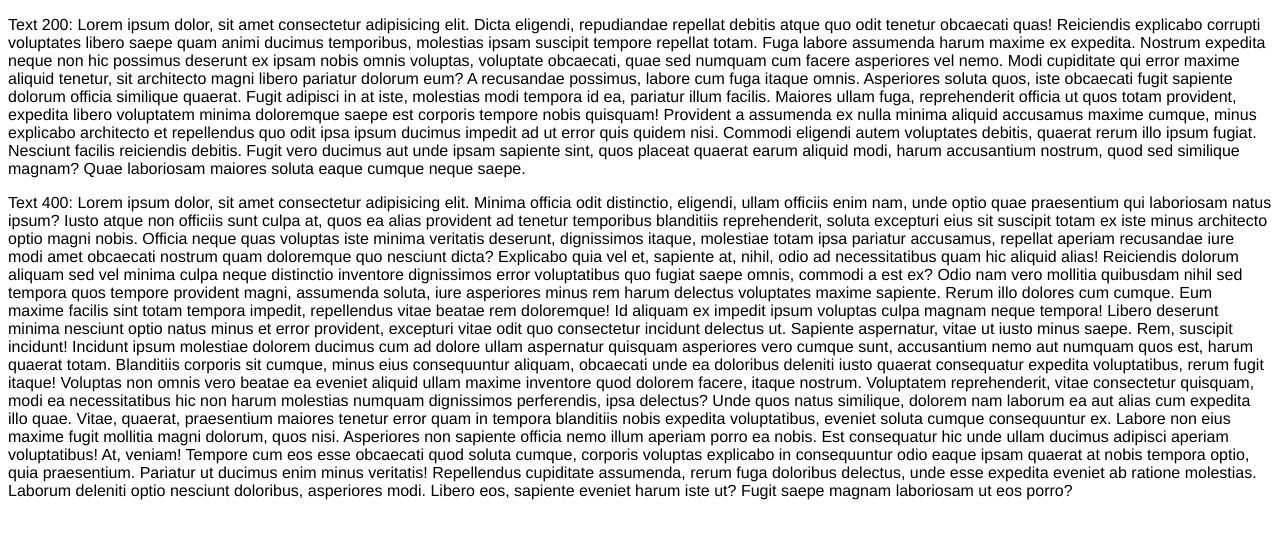
Repository: j4tdn/java18-repository
Page: 2. CSS3/ex04-css-float.html
An editor plug-in stored every save of this project. The page is shown before and after the next save, followed by the edit.
The browser window is 1280 px wide. The pictures show the whole page.

Above is the page before, as saved 2023-10-21 18:49:11.

### 2. CSS3/ex04-css-float.html
<!DOCTYPE html>
<html lang="en">
  <head>
    <meta charset="UTF-8" />
    <meta name="viewport" content="width=device-width, initial-scale=1.0" />
    <title>Ex04 - Css Float</title>
    <link rel="stylesheet" href="css/style-base.css" />
    <link rel="stylesheet" href="css/utils.css" />
  </head>
  <body>
    <div class="block-md200"></div>
    <p>
      Text 200: Lorem ipsum dolor, sit amet consectetur adipisicing elit. Dicta
      eligendi, repudiandae repellat debitis atque quo odit tenetur obcaecati
      quas! Reiciendis explicabo corrupti voluptates libero saepe quam animi
      ducimus temporibus, molestias ipsam suscipit tempore repellat totam. Fuga
      labore assumenda harum maxime ex expedita. Nostrum expedita neque non hic
      possimus deserunt ex ipsam nobis omnis voluptas, voluptate obcaecati, quae
      sed numquam cum facere asperiores vel nemo. Modi cupiditate qui error
      maxime aliquid tenetur, sit architecto magni libero pariatur dolorum eum?
      A recusandae possimus, labore cum fuga itaque omnis. Asperiores soluta
      quos, iste obcaecati fugit sapiente dolorum officia similique quaerat.
      Fugit adipisci in at iste, molestias modi tempora id ea, pariatur illum
      facilis. Maiores ullam fuga, reprehenderit officia ut quos totam
      provident, expedita libero voluptatem minima doloremque saepe est corporis
      tempore nobis quisquam! Provident a assumenda ex nulla minima aliquid
      accusamus maxime cumque, minus explicabo architecto et repellendus quo
      odit ipsa ipsum ducimus impedit ad ut error quis quidem nisi. Commodi
      eligendi autem voluptates debitis, quaerat rerum illo ipsum fugiat.
      Nesciunt facilis reiciendis debitis. Fugit vero ducimus aut unde ipsam
      sapiente sint, quos placeat quaerat earum aliquid modi, harum accusantium
      nostrum, quod sed similique magnam? Quae laboriosam maiores soluta eaque
      cumque neque saepe.
    </p>
    <p>
      Text 400: Lorem ipsum dolor, sit amet consectetur adipisicing elit. Minima
      officia odit distinctio, eligendi, ullam officiis enim nam, unde optio
      quae praesentium qui laboriosam natus ipsum? Iusto atque non officiis sunt
      culpa at, quos ea alias provident ad tenetur temporibus blanditiis
      reprehenderit, soluta excepturi eius sit suscipit totam ex iste minus
      architecto optio magni nobis. Officia neque quas voluptas iste minima
      veritatis deserunt, dignissimos itaque, molestiae totam ipsa pariatur
      accusamus, repellat aperiam recusandae iure modi amet obcaecati nostrum
      quam doloremque quo nesciunt dicta? Explicabo quia vel et, sapiente at,
      nihil, odio ad necessitatibus quam hic aliquid alias! Reiciendis dolorum
      aliquam sed vel minima culpa neque distinctio inventore dignissimos error
      voluptatibus quo fugiat saepe omnis, commodi a est ex? Odio nam vero
      mollitia quibusdam nihil sed tempora quos tempore provident magni,
      assumenda soluta, iure asperiores minus rem harum delectus voluptates
      maxime sapiente. Rerum illo dolores cum cumque. Eum maxime facilis sint
      totam tempora impedit, repellendus vitae beatae rem doloremque! Id aliquam
      ex impedit ipsum voluptas culpa magnam neque tempora! Libero deserunt
      minima nesciunt optio natus minus et error provident, excepturi vitae odit
      quo consectetur incidunt delectus ut. Sapiente aspernatur, vitae ut iusto
      minus saepe. Rem, suscipit incidunt! Incidunt ipsum molestiae dolorem
      ducimus cum ad dolore ullam aspernatur quisquam asperiores vero cumque
      sunt, accusantium nemo aut numquam quos est, harum quaerat totam.
      Blanditiis corporis sit cumque, minus eius consequuntur aliquam, obcaecati
      unde ea doloribus deleniti iusto quaerat consequatur expedita
      voluptatibus, rerum fugit itaque! Voluptas non omnis vero beatae ea
      eveniet aliquid ullam maxime inventore quod dolorem facere, itaque
      nostrum. Voluptatem reprehenderit, vitae consectetur quisquam, modi ea
      necessitatibus hic non harum molestias numquam dignissimos perferendis,
      ipsa delectus? Unde quos natus similique, dolorem nam laborum ea aut alias
      cum expedita illo quae. Vitae, quaerat, praesentium maiores tenetur error
      quam in tempora blanditiis nobis expedita voluptatibus, eveniet soluta
      cumque consequuntur ex. Labore non eius maxime fugit mollitia magni
      dolorum, quos nisi. Asperiores non sapiente officia nemo illum aperiam
      porro ea nobis. Est consequatur hic unde ullam ducimus adipisci aperiam
      voluptatibus! At, veniam! Tempore cum eos esse obcaecati quod soluta
      cumque, corporis voluptas explicabo in consequuntur odio eaque ipsam
      quaerat at nobis tempora optio, quia praesentium. Pariatur ut ducimus enim
      minus veritatis! Repellendus cupiditate assumenda, rerum fuga doloribus
      delectus, unde esse expedita eveniet ab ratione molestias. Laborum
      deleniti optio nesciunt doloribus, asperiores modi. Libero eos, sapiente
      eveniet harum iste ut? Fugit saepe magnam laboriosam ut eos porro?
    </p>
  </body>
</html>

### 2. CSS3/css/style-base.css
/*  */
* {
  font-family: corbel, helvetica, sans-serif;
}
li {
  /* list-style-type: none; */
  list-style-image: url("../images/world.png");
}
/* EX02: CSS SELECTOR CLASS ID */
/* Chỉ có thẻ p với class là text20 mới ăn */
/* p[class="text20"] {
  color: blue;
} */
/* p.text20 {
  color: blue;
} */
/* Tất cả tag với class là text20 */
/* .text20 {
  color: blue;
} */

#page-footer {
  position: absolute;
  bottom: 0;
  left: 0;
  width: 100%;
  height: 40px;
  background-color: pink;
}

/* EX03: BASE CONTENT BASIC DEMO */
.parent-text10lh {
  height: 60px;
  background-color: blue;
}
.text10lh {
  line-height: 60px;
  color: #fcccba;
}

### 2. CSS3/css/utils.css
.text-green {
  color: green;
}
.text-blue {
  color: blue;
}
.text-orange {
  color: orange;
}
.text-bold {
  font-weight: bold;
}
.text-underline {
  text-decoration: underline;
}
.text-line-through {
  text-decoration: line-through;
}
.text-overline {
  text-decoration: overline;
}
.text-decor-none {
  text-decoration: none;
}
.text-align-left {
  text-align: left;
}
.text-align-center {
  text-align: center;
}
.text-align-right {
  text-align: right;
}

After the next save:
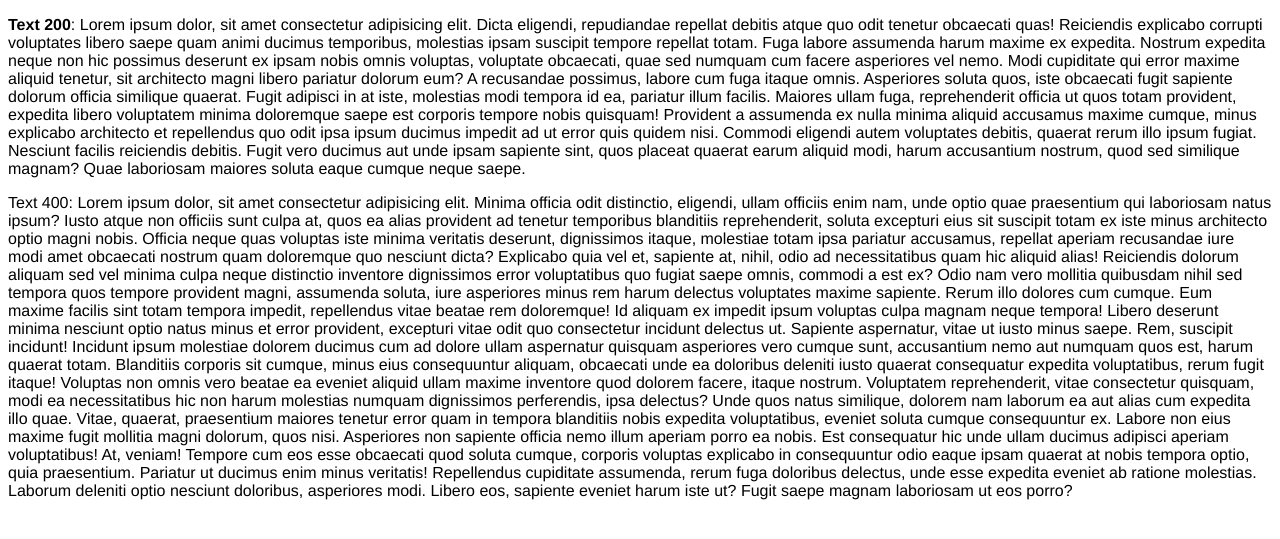
Saved 16 s later.
--- a/2. CSS3/ex04-css-float.html
+++ b/2. CSS3/ex04-css-float.html
@@ -10,27 +10,27 @@
   <body>
     <div class="block-md200"></div>
     <p>
-      Text 200: Lorem ipsum dolor, sit amet consectetur adipisicing elit. Dicta
-      eligendi, repudiandae repellat debitis atque quo odit tenetur obcaecati
-      quas! Reiciendis explicabo corrupti voluptates libero saepe quam animi
-      ducimus temporibus, molestias ipsam suscipit tempore repellat totam. Fuga
-      labore assumenda harum maxime ex expedita. Nostrum expedita neque non hic
-      possimus deserunt ex ipsam nobis omnis voluptas, voluptate obcaecati, quae
-      sed numquam cum facere asperiores vel nemo. Modi cupiditate qui error
-      maxime aliquid tenetur, sit architecto magni libero pariatur dolorum eum?
-      A recusandae possimus, labore cum fuga itaque omnis. Asperiores soluta
-      quos, iste obcaecati fugit sapiente dolorum officia similique quaerat.
-      Fugit adipisci in at iste, molestias modi tempora id ea, pariatur illum
-      facilis. Maiores ullam fuga, reprehenderit officia ut quos totam
-      provident, expedita libero voluptatem minima doloremque saepe est corporis
-      tempore nobis quisquam! Provident a assumenda ex nulla minima aliquid
-      accusamus maxime cumque, minus explicabo architecto et repellendus quo
-      odit ipsa ipsum ducimus impedit ad ut error quis quidem nisi. Commodi
-      eligendi autem voluptates debitis, quaerat rerum illo ipsum fugiat.
-      Nesciunt facilis reiciendis debitis. Fugit vero ducimus aut unde ipsam
-      sapiente sint, quos placeat quaerat earum aliquid modi, harum accusantium
-      nostrum, quod sed similique magnam? Quae laboriosam maiores soluta eaque
-      cumque neque saepe.
+      <span class="text-bold">Text 200</span>: Lorem ipsum dolor, sit amet
+      consectetur adipisicing elit. Dicta eligendi, repudiandae repellat debitis
+      atque quo odit tenetur obcaecati quas! Reiciendis explicabo corrupti
+      voluptates libero saepe quam animi ducimus temporibus, molestias ipsam
+      suscipit tempore repellat totam. Fuga labore assumenda harum maxime ex
+      expedita. Nostrum expedita neque non hic possimus deserunt ex ipsam nobis
+      omnis voluptas, voluptate obcaecati, quae sed numquam cum facere
+      asperiores vel nemo. Modi cupiditate qui error maxime aliquid tenetur, sit
+      architecto magni libero pariatur dolorum eum? A recusandae possimus,
+      labore cum fuga itaque omnis. Asperiores soluta quos, iste obcaecati fugit
+      sapiente dolorum officia similique quaerat. Fugit adipisci in at iste,
+      molestias modi tempora id ea, pariatur illum facilis. Maiores ullam fuga,
+      reprehenderit officia ut quos totam provident, expedita libero voluptatem
+      minima doloremque saepe est corporis tempore nobis quisquam! Provident a
+      assumenda ex nulla minima aliquid accusamus maxime cumque, minus explicabo
+      architecto et repellendus quo odit ipsa ipsum ducimus impedit ad ut error
+      quis quidem nisi. Commodi eligendi autem voluptates debitis, quaerat rerum
+      illo ipsum fugiat. Nesciunt facilis reiciendis debitis. Fugit vero ducimus
+      aut unde ipsam sapiente sint, quos placeat quaerat earum aliquid modi,
+      harum accusantium nostrum, quod sed similique magnam? Quae laboriosam
+      maiores soluta eaque cumque neque saepe.
     </p>
     <p>
       Text 400: Lorem ipsum dolor, sit amet consectetur adipisicing elit. Minima
